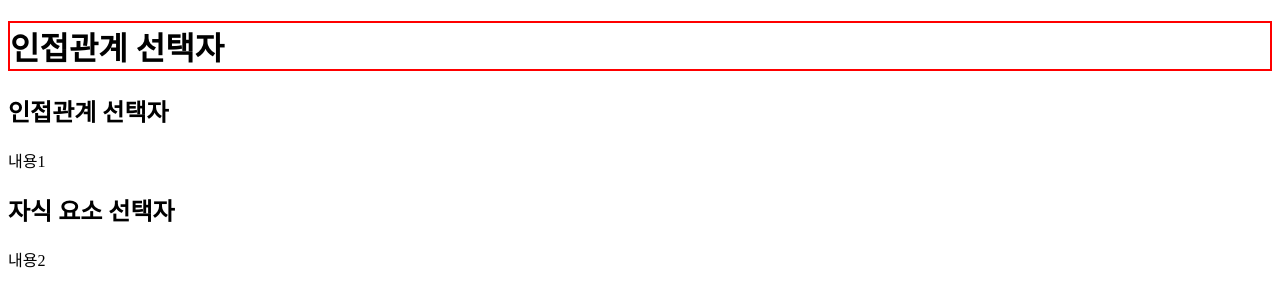
Repository: sanghui4542-ship-it/workspace_jquery
Page: jQuery/src/main/webapp/01문서객체선택자와조작법/jq_selec1_9.html
These files come from the project's save history. The page is drawn as it stood at one moment and after the next save; the edit follows.
The browser window is 1280 px wide. The pictures show the whole page.

Above is the page before, as saved 2026-07-06 03:10:42.

### jQuery/src/main/webapp/01문서객체선택자와조작법/jq_selec1_9.html
<!DOCTYPE html>
<html>
		<head>
			<meta charset="UTF-8">
			  <title>Insert title here</title>
		<!-- JQuery 문법 사용을 위한 CDN 주소  -->
		<script src="https://code.jquery.com/jquery-latest.min.js"></script>
		</head>
	<body>
		<div id="wrap">
			<h1>인접관계 선택자</h1>
			<h2>인접관계 선택자</h2>
			<p>내용1</p>
			<section>
				<h1>자식 요소 선택자</h1>
				<p>내용2</p>
			</section>
		</div>
		<script type="text/javascript">
		/*
			1. $("요소선택 > 자식요소최종선택문법")

			   해석 : 요소선택자리에 선택한 요소를 기준으로 > 기호 뒤에 작성한 자식요소 최종선택문법에서 선택한
			   		 자식요소만 최종 선택


			순서1. $("#wrap") -> <div id="wrap"></div>를 요소선택자리에서 먼저 작성해 선택해 오고
			순서2. $("#wrap") -> <div>의 자식요소들을 모두 선택해 오는데.......
			순서3. $("#wrap>h1") -> <div>의 자식요소들 중에서도 <h1></h1>자식요소들만 최종 선택해 옵니다.
		*/
		$("#wrap>h1").css("border","2px solid red");




		</script>
	</body>
</html>

After the next save:
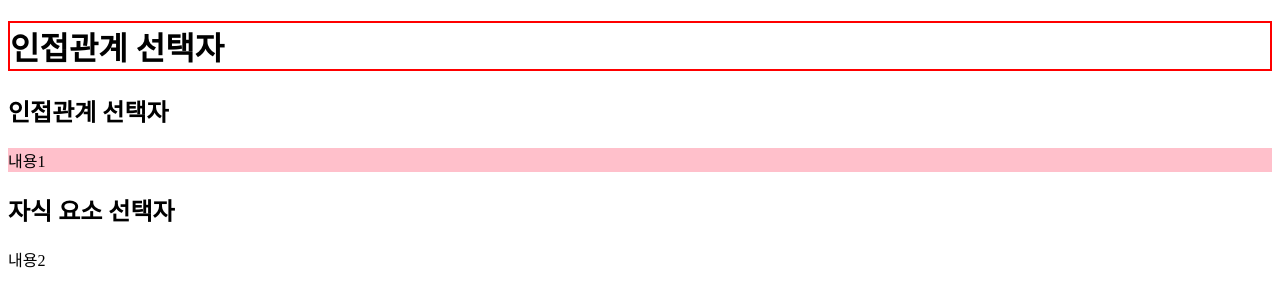
Saved 7 min 41 s later.
--- a/jQuery/src/main/webapp/01문서객체선택자와조작법/jq_selec1_9.html
+++ b/jQuery/src/main/webapp/01문서객체선택자와조작법/jq_selec1_9.html
@@ -29,6 +29,24 @@
 			순서3. $("#wrap>h1") -> <div>의 자식요소들 중에서도 <h1></h1>자식요소들만 최종 선택해 옵니다.
 		*/
 		$("#wrap>h1").css("border","2px solid red");
+		/*
+			2. $("요소선택").children("자식요소최종선택문법")
+
+				해석 : 요소선택 자리에서 선택한 요소를 기준으로 해서 children(...) 자식요소최종선택문법에 적은 자식요소만 최종 선택
+
+			순서1. $("#wrap") -> <div id="wrap"></div>를 요소선택자리에서 먼저 작성해 선택해 오고
+			순서2. $("#wrap").children("p") -> 먼저 선택한 부모<div>안쪽에 작성된 자식요소들 중에서 <p>내용1</p>자식요소만 최종선택
+		*/
+
+		$("#wrap").children("p").css("background-color", "pink");
+
+		/*
+			3. $("요소선택").children()
+
+			해석 : "요소선택" 자리에서 선택한 요소를 기준으로 children() 자식요소최종선택문법의 메소드를 호출하면
+			   	  "요소선택" 자리에서 선택한 요소를 기준으로 요소 내부에 작성된 모든 자식요소를 한번에 최종 선택
+
+		*/
 
 
 

After the save that followed:
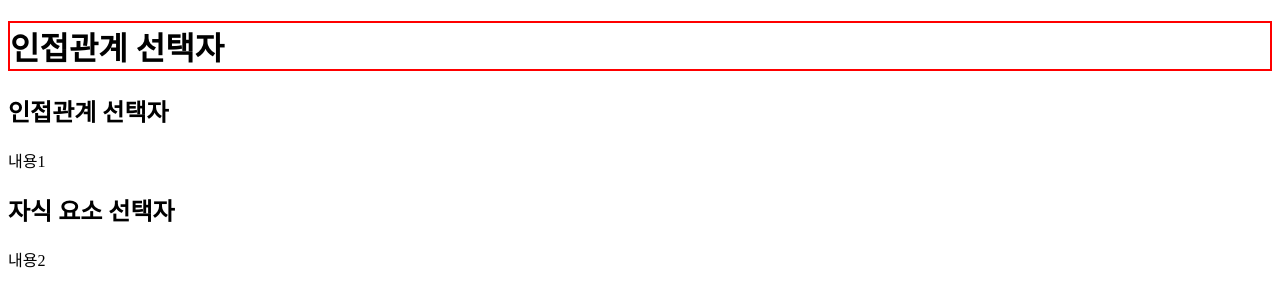
Saved 109 s later.
--- a/jQuery/src/main/webapp/01문서객체선택자와조작법/jq_selec1_9.html
+++ b/jQuery/src/main/webapp/01문서객체선택자와조작법/jq_selec1_9.html
@@ -38,7 +38,7 @@
 			순서2. $("#wrap").children("p") -> 먼저 선택한 부모<div>안쪽에 작성된 자식요소들 중에서 <p>내용1</p>자식요소만 최종선택
 		*/
 
-		$("#wrap").children("p").css("background-color", "pink");
+//		$("#wrap").children("p").css("background-color", "pink");
 
 		/*
 			3. $("요소선택").children()
@@ -47,7 +47,7 @@
 			   	  "요소선택" 자리에서 선택한 요소를 기준으로 요소 내부에 작성된 모든 자식요소를 한번에 최종 선택
 
 		*/
-
+		$("#wrap>section").children().css("background-color","aque");
 
 
 
